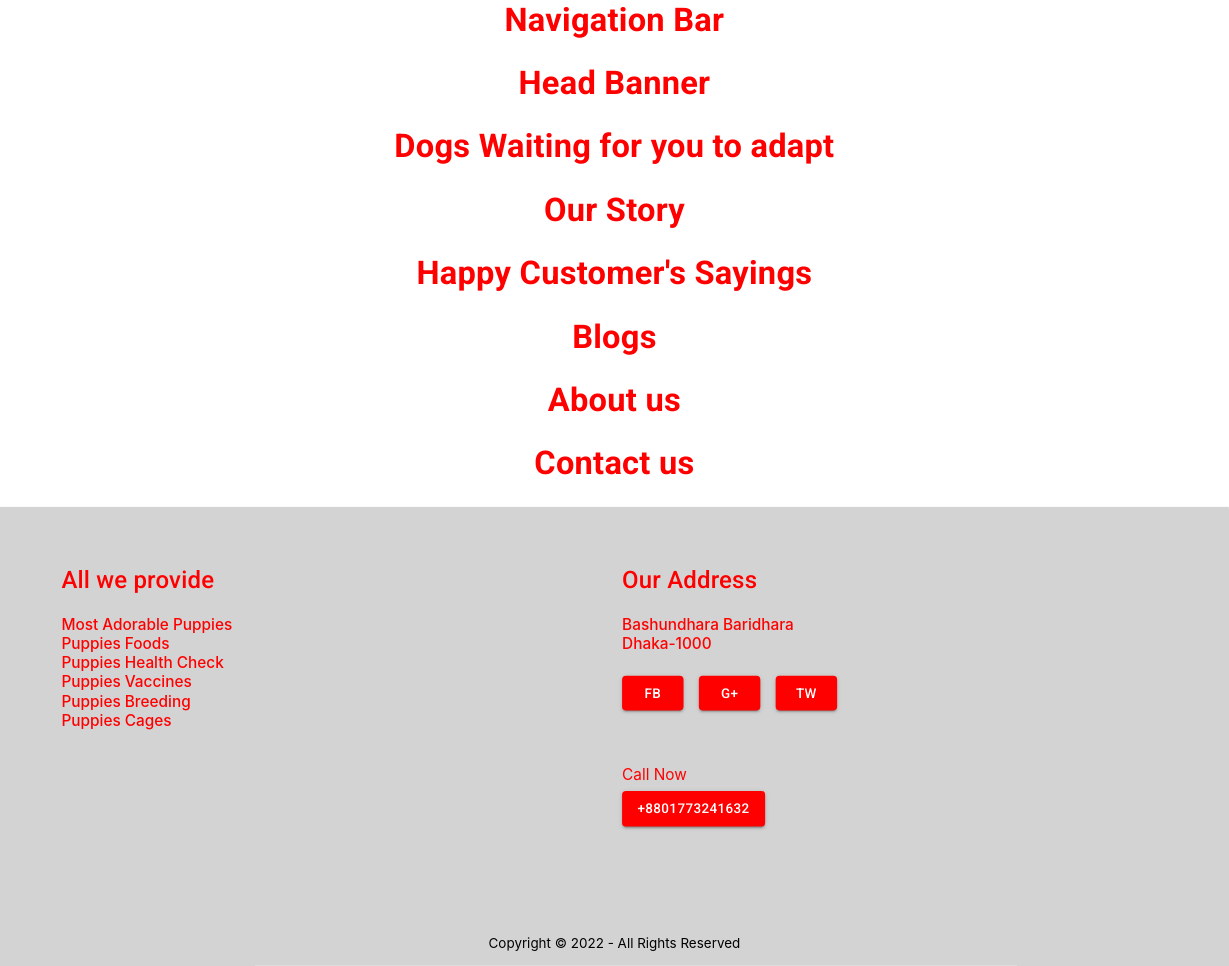
Repository: Sharif-00112/dogos-paradise-client
Page: /
The author's editor kept a copy of each file at every save. The page is drawn from the files as they stood at one save, then again after the next save.
The browser window is 1280 px wide. The pictures show the whole page, at 96% of full size.
The page's requests for data from a server got no answer. The project was rebuilt for these pictures with package versions that can differ from the ones it lists, and the page was loaded fresh each time. Some packages were replaced by stand-ins written for this rebuild. No one was signed in, and anything a server would have sent is missing. Also part of the build but not shown: src/Pages/Login/Login/Login.js, src/Pages/Login/Register/Register.js, src/Pages/NotFound/NotFound.js.

Above is the page before, as saved 2022-11-30 22:50:24.

### public/index.html
<!DOCTYPE html>
<html lang="en">
  <head>
    <meta charset="utf-8" />
    <link rel="icon" href="%PUBLIC_URL%/favicon.ico" />
    <meta name="viewport" content="width=device-width, initial-scale=1" />
    <meta name="theme-color" content="#000000" />
    <meta
      name="description"
      content="Web site created using create-react-app"
    />
    <link
      rel="stylesheet" href="https://fonts.googleapis.com/css?family=Roboto:300,400,500,700&display=swap"
    />

    <link rel="apple-touch-icon" href="%PUBLIC_URL%/logo192.png" />
    <!--
      manifest.json provides metadata used when your web app is installed on a
      user's mobile device or desktop. See https://developers.google.com/web/fundamentals/web-app-manifest/
    -->
    <link rel="manifest" href="%PUBLIC_URL%/manifest.json" />
    <!--
      Notice the use of %PUBLIC_URL% in the tags above.
      It will be replaced with the URL of the `public` folder during the build.
      Only files inside the `public` folder can be referenced from the HTML.

      Unlike "/favicon.ico" or "favicon.ico", "%PUBLIC_URL%/favicon.ico" will
      work correctly both with client-side routing and a non-root public URL.
      Learn how to configure a non-root public URL by running `npm run build`.
    -->
    <title>React App</title>
  </head>
  <body>
    <noscript>You need to enable JavaScript to run this app.</noscript>
    <div id="root"></div>
    <!--
      This HTML file is a template.
      If you open it directly in the browser, you will see an empty page.

      You can add webfonts, meta tags, or analytics to this file.
      The build step will place the bundled scripts into the <body> tag.

      To begin the development, run `npm start` or `yarn start`.
      To create a production bundle, use `npm run build` or `yarn build`.
    -->
  </body>
</html>

### src/App.js
import React  from 'react';
import './App.css';
import { BrowserRouter as Router, Route, Routes} from 'react-router-dom';
import Home from './Pages/Home/Home/Home';
import Login from './Pages/Login/Login/Login';
import Register from './Pages/Login/Register/Register';
import AuthProvider from './contexts/AuthProvider/AuthProvider';
// import PrivateRoute from './Pages/Login/PrivateRoute/PrivateRoute';
import NotFound from './Pages/NotFound/NotFound';
import Contact from './Pages/Home/Contact/Contact';
import Products from './Pages/Home/Products/Products';
import Story from './Pages/Home/Story/Story';
import CustomerReviews from './Pages/Home/CustomerReviews/CustomerReviews';
import Blogs from './Pages/Home/Blogs/Blogs';
import About from './Pages/Home/About/About';
// import Footer from './Pages/Shared/Footer/Footer';
// import Dashboard from './Pages/Dashboard/Dashboard/Dashboard';

function App() {
  return (
    <div className="App">
      <AuthProvider>
        <Router>
          <Routes>
            <Route exact path = '/' element={<Home/>}/>
            <Route exact path = '/home' element={<Home/>}/>
            <Route exact path = '/login' element={<Login/>}/>
            <Route exact path = '/register' element={<Register/>}/>
            <Route exact path = '/contact' element={<Contact/>}/>
            <Route exact path = '/products' element={<Products/>}/>
            <Route exact path = '/story' element={<Story/>}/>
            <Route exact path = '/reviews' element={<CustomerReviews/>}/>
            <Route exact path = '/blogs' element={<Blogs/>}/>
            <Route exact path = '/about' element={<About/>}/>
            {/* <Route exact path = '/appointment' element = {
              <PrivateRoute>
                <Appointment></Appointment>
              </PrivateRoute>
            }> </Route> */}
            {/* <Route path = 'dashboard/*' element = {
              <PrivateRoute>
                <Dashboard></Dashboard>
              </PrivateRoute>
            }> </Route> */}
            <Route path = '*' element={<NotFound/>}/>
          </Routes>
          {/* <Footer></Footer> */}
        </Router>
      </AuthProvider>
    </div>
  );
}

export default App;

### src/Pages/Home/Home/Home.js
import React from 'react';
import Footer from '../../Shared/Footer/Footer';
import Navigation from '../../Shared/Navigation/Navigation';
import About from '../About/About';
import Banner from '../Banner/Banner';
import Blogs from '../Blogs/Blogs';
import Contact from '../Contact/Contact';
import CustomerReviews from '../CustomerReviews/CustomerReviews';
import Products from '../Products/Products';
import Story from '../Story/Story';

const Home = () => {
    return (
        <div>
            <Navigation></Navigation>
            <Banner></Banner>
            <Products></Products>
            <Story></Story>
            <CustomerReviews></CustomerReviews>
            <Blogs></Blogs>
            <About></About>
            <Contact></Contact>
            <Footer></Footer>
        </div>
    );
};

export default Home;

### src/contexts/AuthProvider/AuthProvider.js
import React from 'react';
import { createContext } from 'react';
import useFirebase from '../../hooks/useFirebase';

//step-1-context
export const AuthContext = createContext();

const AuthProvider = (props) => {
    //step-3-context
    const {children} = props;

    //step-5-context
    const allContexts = useFirebase();

    return (
        //step-2-context
        <AuthContext.Provider value={allContexts}>
            {children}
        </AuthContext.Provider>
    );
};

export default AuthProvider;

### src/Pages/Home/Contact/Contact.js
import React from 'react';
import { Typography } from '@mui/material';

const Contact = () => {
    return (
        <div>
            <Typography sx={{ m: 3, color: 'red', fontWeight: 600 }} variant="h4" component="div">
                Contact us
            </Typography>
        </div>
    );
};

export default Contact;

### src/Pages/Home/Products/Products.js
import React from 'react';
import { Typography } from '@mui/material';

const Products = () => {
    return (
        <div>
            <Typography sx={{ m: 3, color: 'red', fontWeight: 600 }} variant="h4" component="div">
                Dogs Waiting for you to adapt
            </Typography>
        </div>
    );
};

export default Products;

### src/Pages/Home/Story/Story.js
import React from 'react';
import { Typography } from '@mui/material';


const Story = () => {
    return (
        <div>
            <Typography sx={{ m: 3, color: 'red', fontWeight: 600 }} variant="h4" component="div">
                Our Story
            </Typography>
        </div>
    );
};

export default Story;

### src/Pages/Home/CustomerReviews/CustomerReviews.js
import React from 'react';
import { Typography } from '@mui/material';


const CustomerReviews = () => {
    return (
        <div>
            <Typography sx={{ m: 3, color: 'red', fontWeight: 600 }} variant="h4" component="div">
                Happy Customer's Sayings
            </Typography>
        </div>
    );
};

export default CustomerReviews;

### src/Pages/Home/Blogs/Blogs.js
import React from 'react';
import { Typography } from '@mui/material';


const Blogs = () => {
    return (
        <div>
            <Typography sx={{ m: 3, color: 'red', fontWeight: 600 }} variant="h4" component="div">
                Blogs
            </Typography>
        </div>
    );
};

export default Blogs;

### src/Pages/Home/About/About.js
import React from 'react';
import { Typography } from '@mui/material';

const About = () => {
    return (
        <div>
            <Typography sx={{ m: 3, color: 'red', fontWeight: 600 }} variant="h4" component="div">
                About us
            </Typography>
        </div>
    );
};

export default About;

### src/Pages/Shared/Footer/Footer.js
import React from 'react';
import { Typography } from '@mui/material';
import { Container } from '@mui/system';
import Box from '@mui/material/Box';
import Grid from '@mui/material/Unstable_Grid2';
import { Link } from 'react-router-dom';
import { Button } from '@mui/material';


const Footer = () => {
    return (
        <div style={{ backgroundColor: 'lightgray' }}>
        <Container sx={{ py: 5, px:10 }}>
            <Box sx={{ flexGrow: 1 }}>
                <Grid container spacing={2}>
                    <Grid item style={{ textAlign: 'left'}} xs={6} md={6}>
                        <Typography sx={{ my:2, fontSize: 18, fontWeight: 600 }} style={{color: 'red', fontWeight: 500, fontSize: 25 }} variant="h6" component="div">
                            All we provide
                        </Typography>
                        <Link
                            style={{ textDecoration:'none', color: 'red', fontWeight: 500, fontSize: 16 }}
                            to = '/emergencyDentalCare'>
                                Most Adorable Puppies
                        </Link>
                        <br />
                        <Link
                            style={{ textDecoration:'none', color: 'red', fontWeight: 500, fontSize: 16 }}
                            to = '/checkUp'>
                                Puppies Foods
                        </Link>
                        <br />
                        <Link
                            style={{ textDecoration:'none', color: 'red', fontWeight: 500, fontSize: 16 }}
                            to = '/checkUp'>
                                Puppies Health Check
                        </Link>
                        <br />
                        <Link
                            style={{ textDecoration:'none', color: 'red', fontWeight: 500, fontSize: 16 }}
                            to = '/checkUp'>
                                Puppies Vaccines
                        </Link>
                        <br />
                        <Link
                            style={{ textDecoration:'none', color: 'red', fontWeight: 500, fontSize: 16 }}
                            to = '/checkUp'>
                                Puppies Breeding
                        </Link>
                        <br />
                        <Link
                            style={{ textDecoration:'none', color: 'red', fontWeight: 500, fontSize: 16 }}
                            to = '/checkUp'>
                                Puppies Cages
                        </Link>
                    </Grid>
                    <Grid item style={{ textAlign: 'left'}} xs={6} md={6}>
                        <Typography sx={{ my:2, fontSize: 18, fontWeight: 600 }} style={{color: 'red', fontWeight: 500, fontSize: 25 }} variant="h6" component="div">
                            Our Address
                        </Typography>
                        <Typography sx={{ fontSize: 16, fontWeight: 400 }} style={{color: 'red', fontWeight: 500, fontSize: 16 }} variant="" component="div">
                                Bashundhara Baridhara <br />
                                Dhaka-1000
                        </Typography>

                        <a href="https://www.facebook.com/" target="_blank" style={{ textDecoration:'none', color:'white' }}>
                            <Button sx={{ mt:3, mr:2 }} variant="contained" style={{backgroundColor: 'red'}}>
                                FB
                            </Button>
                        </a>
                        <a href="https://www.google.com/" target="_blank" style={{ textDecoration:'none', color:'white' }}>
                            <Button sx={{ mt:3, mr:2 }} variant="contained" style={{backgroundColor: 'red'}}>
                                G+
                            </Button>
                        </a>
                        <a href="https://twitter.com/" target="_blank" style={{ textDecoration:'none', color:'white' }}>
                            <Button sx={{ mt:3, mr:2 }} variant="contained" style={{backgroundColor: 'red'}}>
                                TW
                            </Button>
                        </a>

                        <Typography sx={{ mt:7, fontSize: 16, fontWeight: 400, color:'red' }} variant="" component="div">
                                Call Now
                        </Typography>
                        <a href="tel:+8801773241632" style={{ textDecoration:'none', color:'white' }}>
                            <Button sx={{ mt:1, mr:2 }} variant="contained" style={{backgroundColor: 'red'}}>
                                +8801773241632
                            </Button>
                        </a>
                    </Grid>
                </Grid>
            </Box>
        </Container>
        <Typography sx={{ p:2, mt:7, fontSize: 14, fontWeight: 400 }} variant="" component="div">
            Copyright &copy; 2022 - All Rights Reserved
        </Typography>
    </div>
    );
};

export default Footer;

### src/Pages/Shared/Navigation/Navigation.js
import React from 'react';
import { Typography } from '@mui/material';

const Navigation = () => {
    return (
        <div>
            <Typography sx={{ mx: 3, color: 'red', fontWeight: 600 }} variant="h4" component="div">
                Navigation Bar
            </Typography>
        </div>
    );
};

export default Navigation;

### src/Pages/Home/Banner/Banner.js
import React from 'react';
import { Typography } from '@mui/material';

const Banner = () => {
    return (
        <div>
            <Typography sx={{ m: 3, color: 'red', fontWeight: 600 }} variant="h4" component="div">
                Head Banner
            </Typography>
        </div>
    );
};

export default Banner;

### src/Pages/Login/Firebase/firebase.initialize.js
import { initializeApp } from "firebase/app";
import firebaseConfig from "./firebase.config";

const initializeAuthentication = () =>{
    initializeApp(firebaseConfig);
}

export default initializeAuthentication;

### src/Pages/Login/Firebase/firebase.config.js
// console.log(process.env);

const firebaseConfig = {
  apiKey: process.env.REACT_APP_FIREBASE_API_KEY,
  authDomain: process.env.REACT_APP_FIREBASE_AUTH_DOMAIN,
  projectId: process.env.REACT_APP_FIREBASE_PROJECT_ID,
  storageBucket: process.env.REACT_APP_FIREBASE_STORAGE_BUCKET,
  messagingSenderId: process.env.REACT_APP_FIREBASE_MESSAGING_SENDER_ID,
  appId: process.env.REACT_APP_FIREBASE_APP_ID,
  measurementId: process.env.REACT_APP_FIREBASE_MEASUREMENT_ID
};

export default firebaseConfig;

// .env.local
// REACT_APP_FIREBASE_API_KEY=AIzaSyCGaQ8G2l5KeOKX4bAJ7MC19oWW_2vnTNQ
// REACT_APP_FIREBASE_AUTH_DOMAIN=dogos-paradise.firebaseapp.com
// REACT_APP_FIREBASE_PROJECT_ID=dogos-paradise
// REACT_APP_FIREBASE_STORAGE_BUCKET=dogos-paradise.appspot.com
// REACT_APP_FIREBASE_MESSAGING_SENDER_ID=824394057307
// REACT_APP_FIREBASE_APP_ID=1:824394057307:web:727ac0c86627b9544a617e
// REACT_APP_FIREBASE_MEASUREMENT_ID=G-DL8JJ6MYSD

// const firebaseConfig = {
  // apiKey: "AIzaSyCGaQ8G2l5KeOKX4bAJ7MC19oWW_2vnTNQ",
  // authDomain: "dogos-paradise.firebaseapp.com",
  // projectId: "dogos-paradise",
  // storageBucket: "dogos-paradise.appspot.com",
  // messagingSenderId: "824394057307",
  // appId: "1:824394057307:web:727ac0c86627b9544a617e",
  // measurementId: "G-DL8JJ6MYSD"
// };

Loaded but not shown: src/index.js (common file); src/index.css (common file); src/reportWebVitals.js (common file); src/App.css (common file); src/hooks/useFirebase.js (273 lines, source omitted)

After the next save:
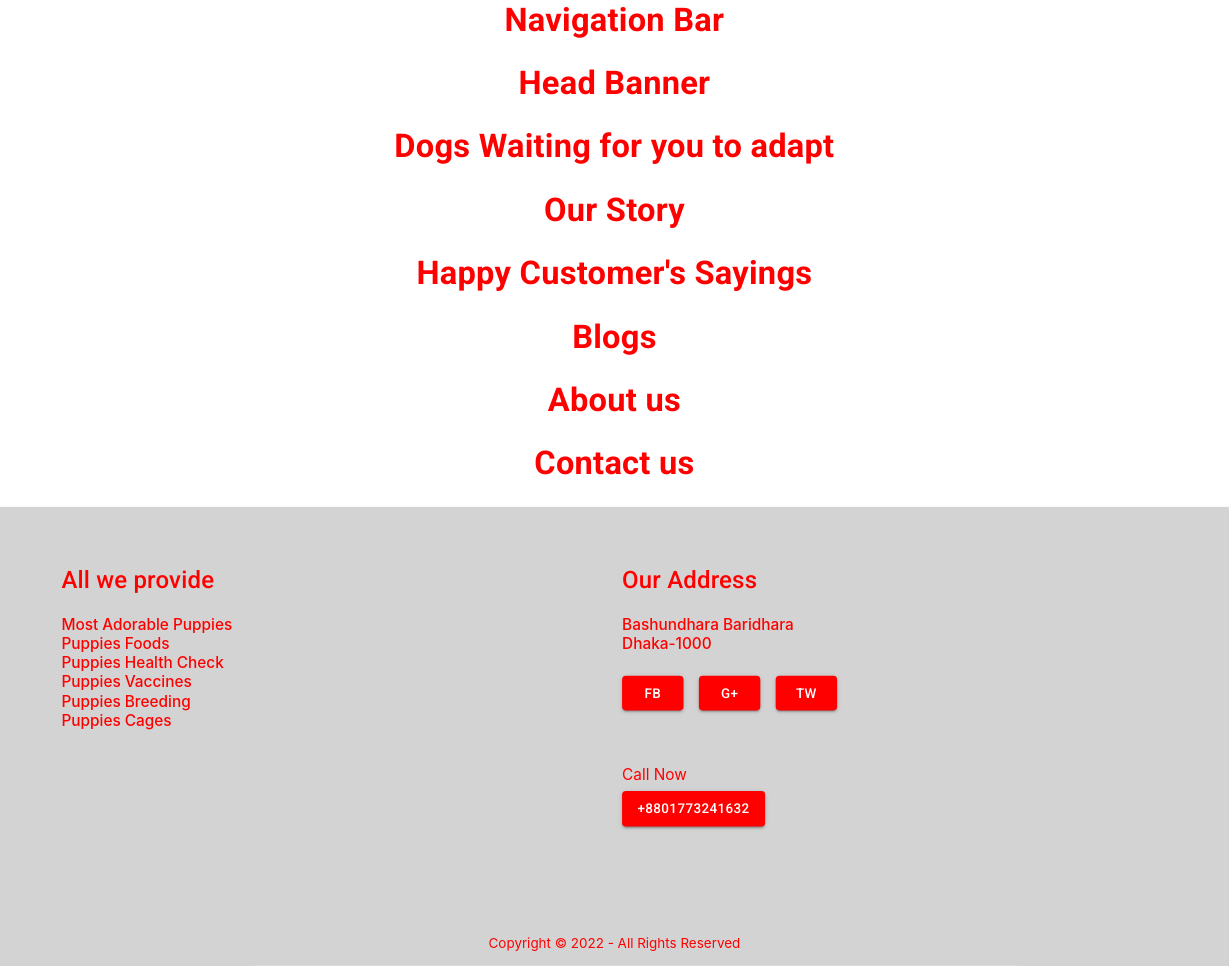
Saved 22 s later.
--- a/src/Pages/Shared/Footer/Footer.js
+++ b/src/Pages/Shared/Footer/Footer.js
@@ -90,7 +90,7 @@ const Footer = () => {
                 </Grid>
             </Box>
         </Container>
-        <Typography sx={{ p:2, mt:7, fontSize: 14, fontWeight: 400 }} variant="" component="div">
+        <Typography sx={{ p:2, mt:7, fontSize: 14, fontWeight: 400, color: 'red' }} variant="" component="div">
             Copyright &copy; 2022 - All Rights Reserved
         </Typography>
     </div>
